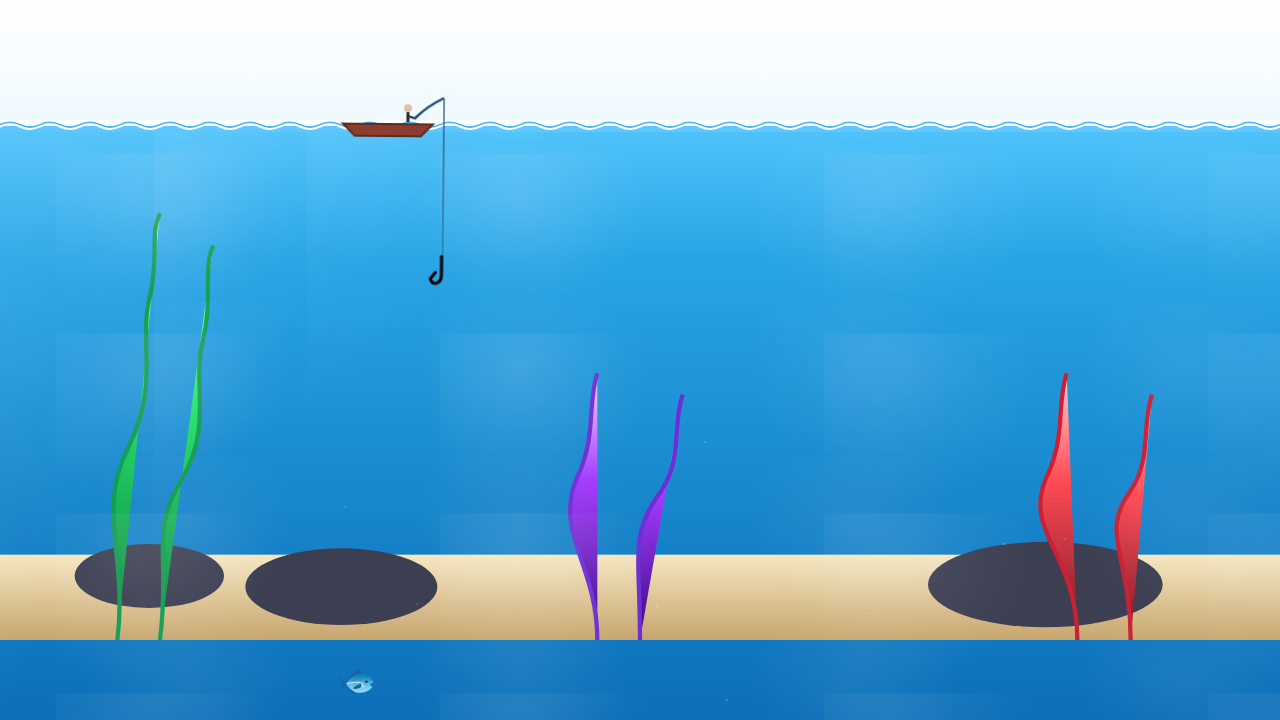
Repository: DeepFriedTurkey441/fd_game_project
Page: index.html
The author's editor kept a copy of each file at every save. The page is drawn from the files as they stood at one save, then again after the next save.
The browser window is 1280 px wide. The pictures show the whole page.

Above is the page before, as saved 2025-09-23 07:47:20.

After the next save:
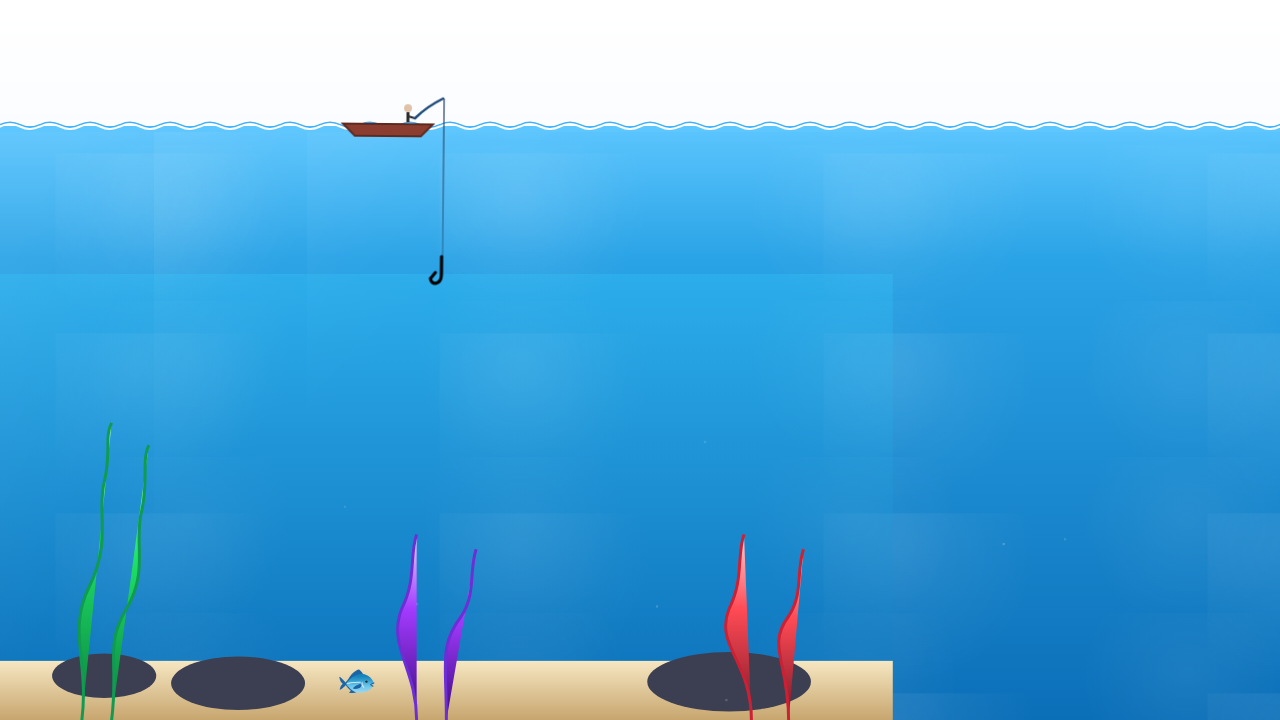
Saved 35 s later.
--- a/style.css
+++ b/style.css
@@ -54,30 +54,8 @@ body {
   .boat svg { width: 100%; height: 100%; display: block; }
   /* (reverted) */
 
-/* Reef layers (behind fish) */
-#reef-back, #reef-mid, #reef-fore {
-    position: absolute; left: 0; right: 0; bottom: 0;
-    pointer-events: none;
-}
-#reef-back { height: 44vh; background:
-    radial-gradient(70% 50% at 20% 100%, rgba(0,40,70,0.25), transparent 60%),
-    radial-gradient(60% 40% at 80% 100%, rgba(0,45,80,0.22), transparent 58%);
-    z-index: 0; filter: blur(2px) saturate(0.9);
-}
-#reef-mid { height: 36vh; background:
-    radial-gradient(55% 40% at 30% 100%, rgba(10,70,120,0.26), transparent 60%),
-    radial-gradient(50% 35% at 75% 100%, rgba(8,90,150,0.22), transparent 62%);
-    z-index: 1; filter: blur(1.2px) saturate(1.0);
-}
-#reef-fore { height: 28vh; background:
-    radial-gradient(40% 35% at 18% 100%, rgba(255,130,60,0.28), transparent 62%),
-    radial-gradient(38% 30% at 42% 100%, rgba(255,70,120,0.28), transparent 62%),
-    radial-gradient(36% 28% at 70% 100%, rgba(255,200,60,0.24), transparent 62%),
-    radial-gradient(34% 26% at 88% 100%, rgba(90,200,255,0.22), transparent 62%);
-    z-index: 2; filter: saturate(1.1);
-    mask-image: linear-gradient(to top, black 60%, rgba(0,0,0,0) 100%);
-    -webkit-mask-image: linear-gradient(to top, black 60%, rgba(0,0,0,0) 100%);
-}
+/* Realistic aquarium background container */
+#aquarium-bg { position:absolute; left:0; right:0; bottom:0; height: 62vh; z-index:1; pointer-events:none; }
 
 /* God-rays */
 #light-rays { position: absolute; left:0; right:0; top: calc(100vh/6); bottom:0; pointer-events:none; z-index:1;
